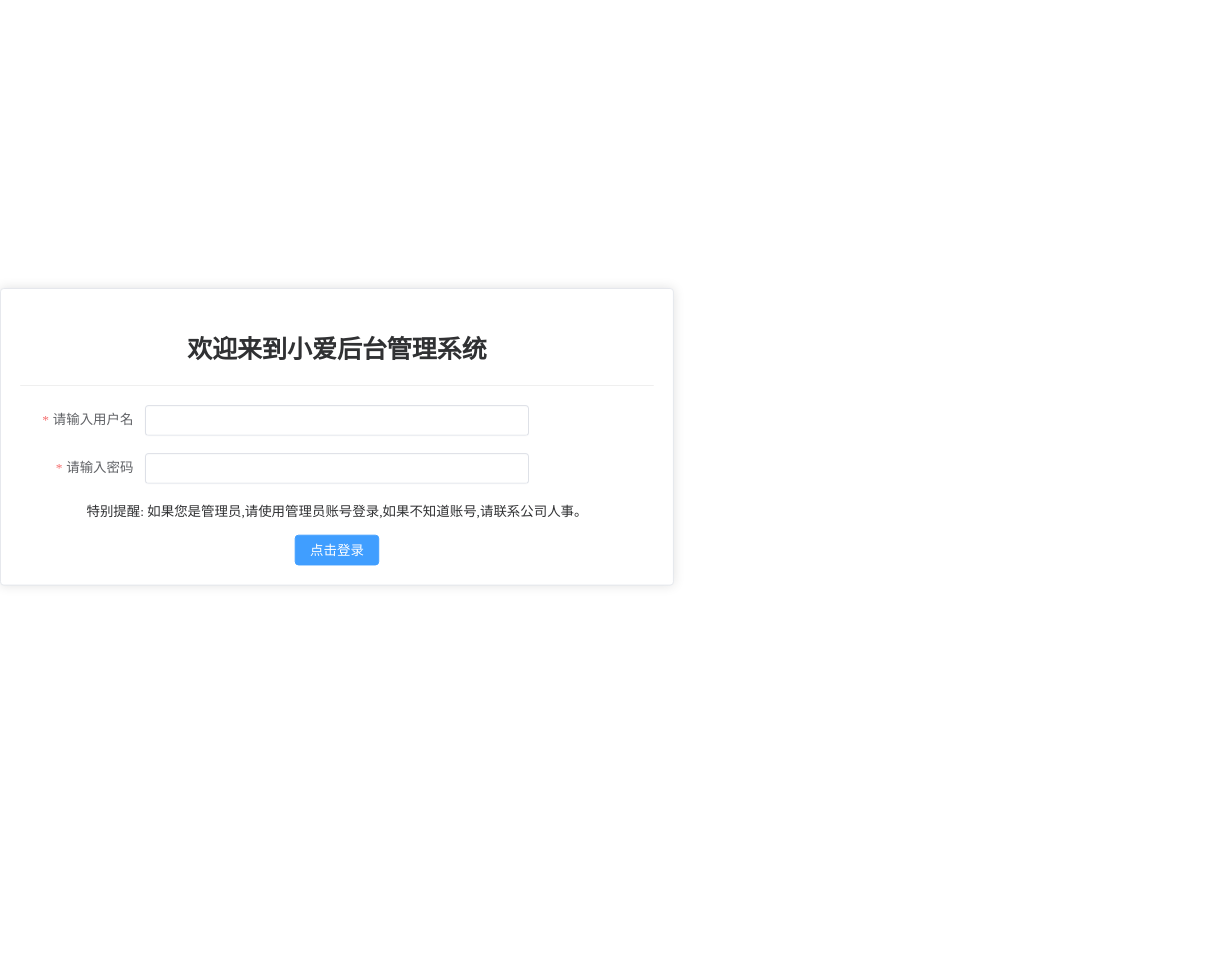
Repository: xinwuhao/CCG
Page: /login
These files come from the project's save history. The page is drawn as it stood at one moment and after the next save; the edit follows.
The browser window is 1280 px wide. The pictures show the whole page, at 96% of full size.
The project was rebuilt for these pictures with package versions that can differ from the ones it lists, and the page was loaded fresh each time. Also part of the build but not shown: vite.config.ts, src/components/navHeader/NavHeader.vue, src/components/navLeft/NavLeft.vue, src/views/layout/Layout.vue.

Above is the page before, as saved 2021-09-22 11:54:07.

### src/main.ts
import { createApp } from 'vue'
import App from "./App.vue";
import router from "./router"
import ElementPlus from 'element-plus'
import 'element-plus/dist/index.css'
import * as Icons from '@element-plus/icons'
import { toLine } from './utils/index'

const app = createApp(App)

for (let i in Icons) {
    app.component(`el-icon${toLine(i)}`, (Icons as any)[i])
}

app.use(router)
app.use(ElementPlus)
app.mount('#app')

### src/App.vue
<template>
  <div>
    <router-view></router-view>
  </div>
</template>

<script setup lang="ts">
</script>

<style lang='scss'>
@import "./scssbox.scss";
</style>

### src/router/index.ts
import { createRouter, createWebHistory, RouteRecordRaw } from 'vue-router'
// import Home from '../views/homepage/homepage.vue'
import Layout from '../views/layout/Layout.vue'

const routes: Array<RouteRecordRaw> = [
  {
    path: '/login',
    name: 'Logon',
    component: () => import('../views/login/Login.vue'),
    meta: {
      title: '登录'
    }
  },
  {
    path: '/',
    component: Layout,
    // 子路由: children
    children: [
      {
        path: '/',
        name: '/',
        component: () => import('../views/homepage/homepage.vue'),
        meta: {
          title: '首页',
          meta: '/homepage'
        }
      },
      {
        path: '/discount',
        name: 'discount',
        component: () => import('../views/discount/discount.vue'),
        meta: {
          title: '优惠券管理',
          meta: '/discount'
        }
      },
      {
        path: '/navigation',
        name: 'navigation',
        component: () => import('../views/navigation/navigation.vue'),
        meta: {
          title: '推荐导航',
          meta: '/navigation'
        }
      },
      {
        path: '/user',
        name: 'user',
        component: () => import('../views/user/user.vue'),
        meta: {
          title: '用户管理',
          meta: '/user'
        }
      },
      {
        path: '/addgoods',
        name: 'addgoods',
        component: () => import('../views/goods/addgoods.vue'),
        meta: {
          title: '添加商品',
          meta: '/addgoods'
        }
      },
      {
        path: '/sortgoods',
        name: 'sortgoods',
        component: () => import('../views/goods/sortgoods.vue'),
        meta: {
          title: '商品分类',
          meta: '/sortgoods'
        }
      },
      {
        path: '/modelgoods',
        name: 'modelgoods',
        component: () => import('../views/goods/modelgoods.vue'),
        meta: {
          title: '商品模型',
          meta: '/modelgoods'
        }
      },
      {
        path: '/specsgoods',
        name: 'specsgoods',
        component: () => import('../views/goods/specsgoods.vue'),
        meta: {
          title: '商品规格',
          meta: '/specsgoods'
        }
      },
      {
        path: '/parametergoods',
        name: 'parametergoods',
        component: () => import('../views/goods/parametergoods.vue'),
        meta: {
          title: '商品参数',
          meta: '/parametergoods'
        }
      },
      {
        path: '/specifications',
        name: 'specifications',
        component: () => import('../views/goods/specifications.vue'),
        meta: {
          title: '规格参数',
          meta: '/specifications'
        }
      },
      {
        path: '/seckill',
        name: 'seckill',
        component: () => import('../views/seckill/seckill.vue'),
        meta: {
          title: '秒杀管理',
          meta: '/seckill'
        }
      },
      {
        path: '/order',
        name: 'order',
        component: () => import('../views/order/order.vue'),
        meta: {
          title: '订单管理',
          meta: '/order'
        }
      },
      {
        path: '/notice',
        name: 'notice',
        component: () => import('../views/notice/notice.vue'),
        meta: {
          title: '通知管理',
          meta: '/notice'
        }
      },
      {
        path: '/news',
        name: 'news',
        component: () => import('../views/news/news.vue'),
        meta: {
          title: '客服消息',
          meta: '/news'
        }
      },
    ]
  }
]

const router = createRouter({
  history: createWebHistory(),
  routes
})

router.beforeEach((to, from, next) => {
  document.title = to.meta.title as string
  next()
})

export default router

### src/utils/index.ts
export const toLine = (str: string) => {
  return str.replace(/([A-Z])/g, "-$1").toLowerCase()
}

### src/scssbox.scss
* {
    margin: 0;
    padding: 0;
}

html,
body,
#app,
.el-container,
.el-menu {
    height: 100%;
}

### src/views/login/login.vue
<template>
  <div class="box display align-c justify-c">
    <el-card class="box-card">
      <div class="text item">
        <div class="fontTile">欢迎来到小爱后台管理系统</div>
        <!-- 表单 -->
        <div class="urename">
          <el-form
            :model="user"
            :rules="rules"
            ref="ruleForm"
            label-width="130px"
            class="demo-ruleForm"
          >
            <el-form-item label="请输入用户名" prop="username">
              <el-input v-model="user.username" class="inpud"></el-input>
            </el-form-item>
            <el-form-item label="请输入密码" prop="password">
              <el-input v-model="user.password" class="inpud"></el-input>
            </el-form-item>
          </el-form>
        </div>
        <!-- 登录按钮 -->
        <div class="fonts">
          特别提醒:
          如果您是管理员,请使用管理员账号登录,如果不知道账号,请联系公司人事。
        </div>
        <div class="buttop">
          <el-button type="primary" @click="getlong">点击登录</el-button>
        </div>
      </div>
    </el-card>
  </div>
</template>

<script setup lang="ts">
import { defineComponent, ref } from "vue";
import api from "../../http/aip";
import { ElMessage } from "element-plus";
import { useRoute, useRouter } from "vue-router";
interface Obj {
  username: string;
  password: string;
}

// 定义变量
let user = ref<Obj>({
  username: "",
  password: "",
});
let router = useRouter();

let rules = ref<any>({
  username: [
    { required: true, message: "请输入用户名", trigger: "blur" },
    { min: 3, max: 5, message: "长度在 3 到 5 个字符", trigger: "blur" },
  ],
  password: [
    { required: true, message: "请输入密码", trigger: "blur" },
    { min: 3, max: 8, message: "长度在 3 到 8 个字符", trigger: "blur" },
  ],
});
// 点击确定
let getlong = () => {
  api
    .login({
      // 用户名
      username: user.value.username,
      // 密码
      password: user.value.password,
    })
    .then((res: any) => {
      if (res.code === 200) {
        localStorage.setItem("token", res.token);
        localStorage.setItem("uname", JSON.stringify(res.data));
        router.push("/");
        ElMessage.success({
          message: res.msg,
          type: "success",
        });
      } else {
        ElMessage.error(res.msg);
      }
    })
    .catch((err: any) => {
      console.log(err);
    });
};
</script>

<style scoped>
.text {
  font-size: 14px;
}

.box-card {
  width: 700px;
  margin-top: 300px;
}
.fontTile {
  height: 80px;
  font-size: 26px;
  font-weight: bold;
  display: flex;
  align-items: center;
  justify-content: center;
  border-bottom: 1px #eeeeee solid;
}
.inpud {
  width: 400px;
}
.buttop {
  margin-top: 15px;
  display: flex;
  align-items: center;
  justify-content: center;
}
.fonts {
  font-size: 14px;
  display: flex;
  align-items: center;
  justify-content: center;
}
.urename {
  display: flex;
  flex-direction: column;
  margin-top: 20px;
}
</style>

### src/http/index.ts
import axios, { AxiosError, AxiosRequestConfig, AxiosResponse } from 'axios'


const http = axios.create({
   baseURL: 'http://localhost:1001',
   timeout: 10000
})


http.interceptors.request.use((config: AxiosRequestConfig) => {
   let token = localStorage.getItem('token')
   if (token) {
      config.headers['Authorization'] = token
   }
   return config
}, (err: AxiosError) => {
   return Promise.reject(err)
})


http.interceptors.response.use((res: any) => {
   return res.data
}, (err: AxiosError) => {
   let status: number = err.response! && err.response!.status
   if (status === 401) {

   }
   if (status === 400) {

   }
   if (status === 403) {

   }
   if (status === 404) {

   }
   if (status === 500) {

   }
   if (status === 503) {

   }
   return Promise.reject(err)
})


export default http

Loaded but not shown: index.html (common file); src/http/aip.ts (469 lines, source omitted)

After the next save:
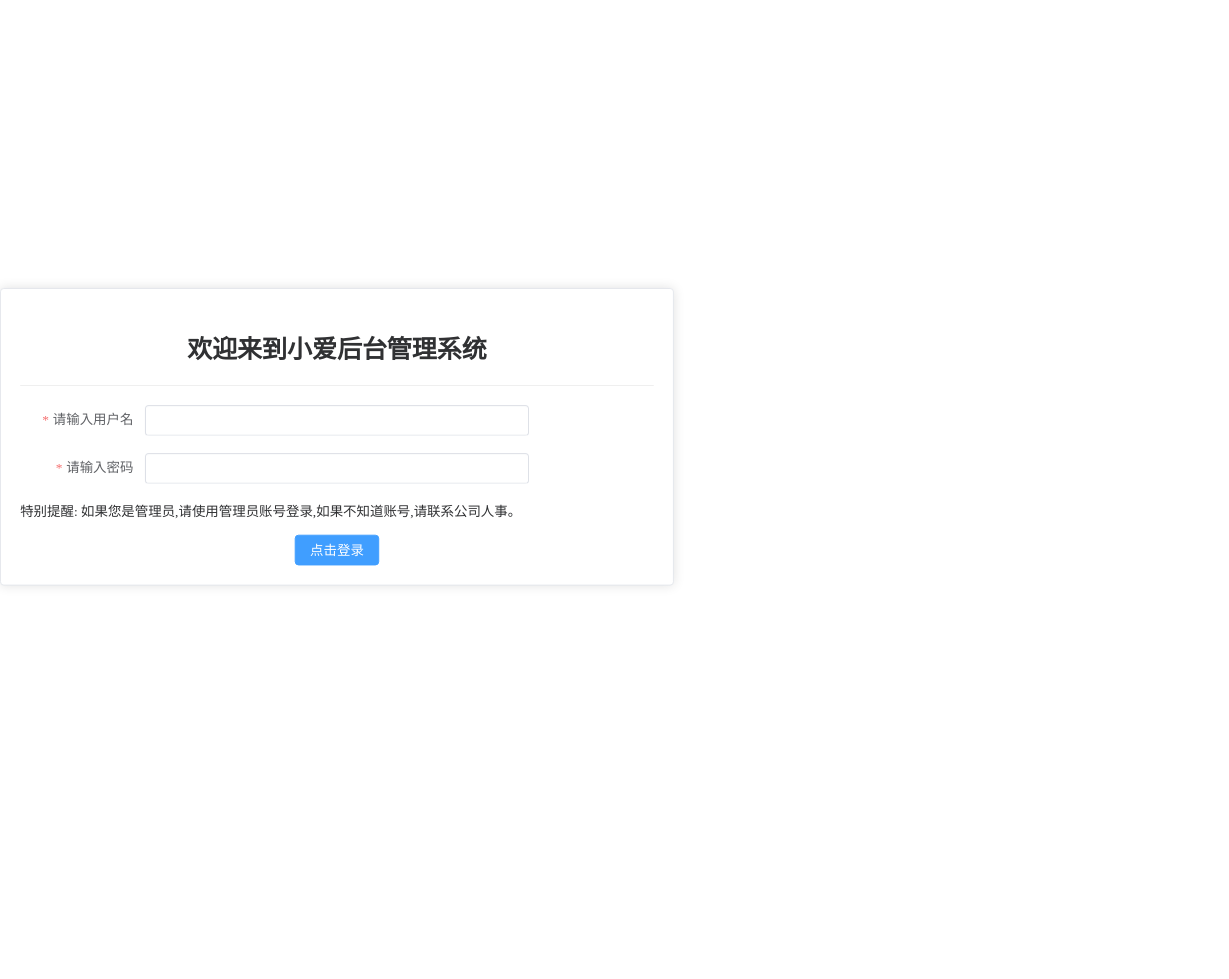
Saved 25 s later.
--- a/src/views/login/login.vue
+++ b/src/views/login/login.vue
@@ -119,7 +119,7 @@
   font-size: 14px;
   display: flex;
   align-items: center;
-  justify-content: center;
+  justify-content: center !;
 }
 .urename {
   display: flex;

After the save that followed:
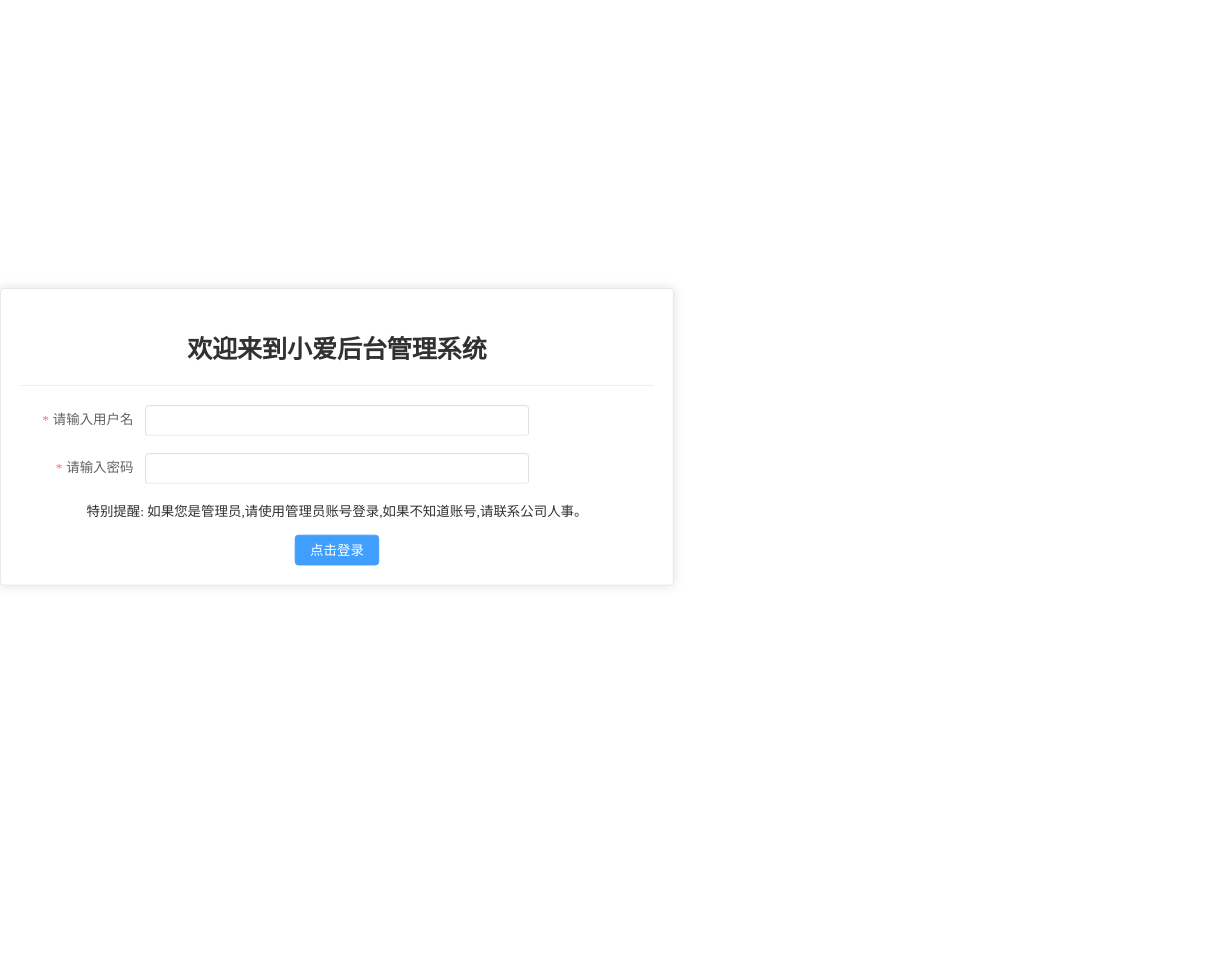
Saved 4 s later.
--- a/src/views/login/login.vue
+++ b/src/views/login/login.vue
@@ -119,7 +119,7 @@
   font-size: 14px;
   display: flex;
   align-items: center;
-  justify-content: center !;
+  justify-content: center;
 }
 .urename {
   display: flex;
